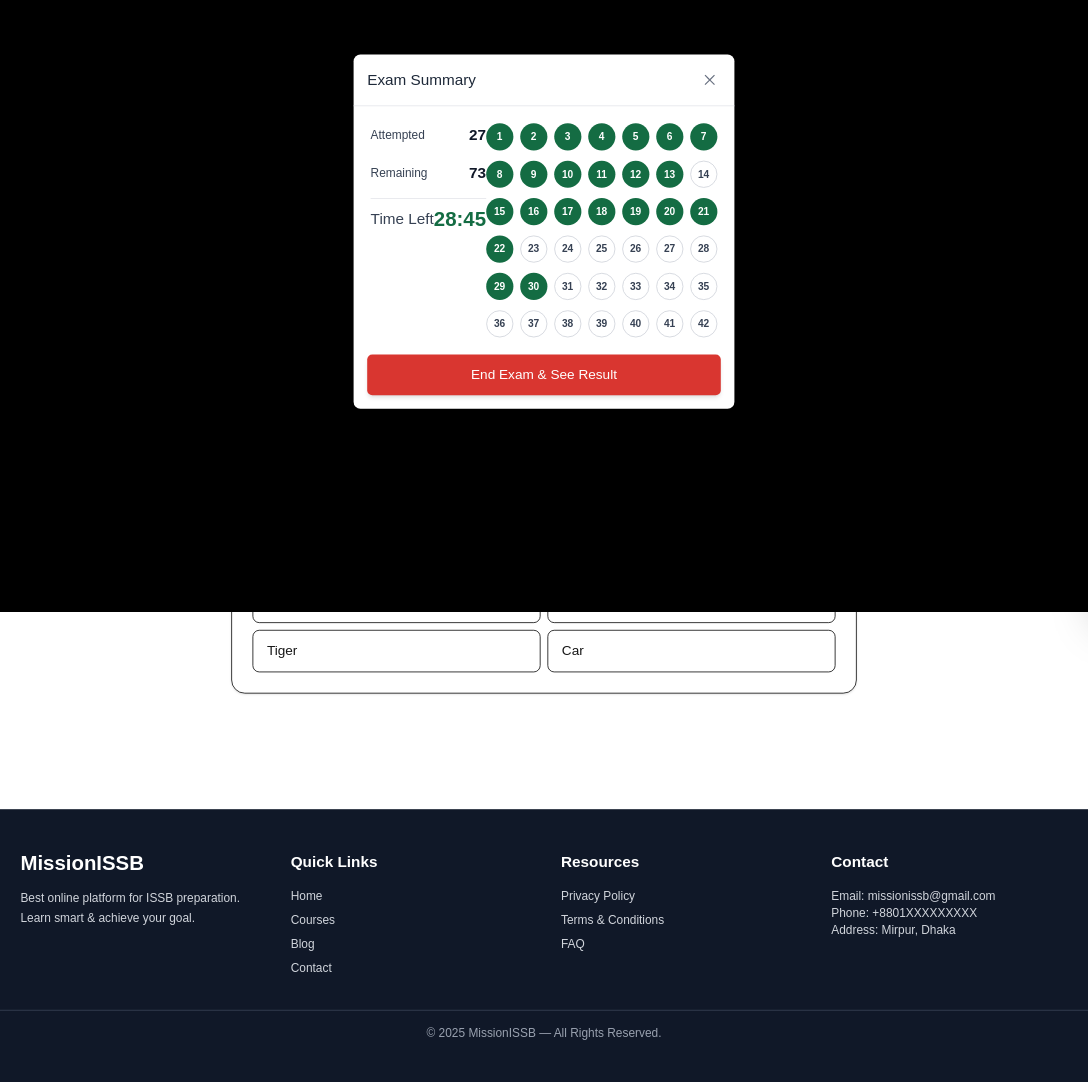
Repository: mdmuhibullahhabib/missionissb
Page: /exam/verbal-model-test-01, after clicking the first element matching `button.bg-green-900`
The author's editor kept a copy of each file at every save. The page is drawn from the files as they stood at one save, then again after a run of saves.
The browser window is 1280 px wide. The pictures show the whole page, at 85% of full size.
The page's requests for data from a server got no answer. The project was rebuilt for these pictures with package versions that can differ from the ones it lists, and the page was loaded fresh each time. The framework's server and built-in components were replaced by stand-ins that run in the browser. No one was signed in, and anything a server would have sent is missing. Also part of the build but not shown: next.config.mjs.

Above is the page before, as saved 2025-12-15 19:29:33.

### app/layout.js
import { Geist, Geist_Mono } from 'next/font/google'
import './globals.css'
import Footer from '@/components/shared/Footer'
import Navbar from '@/components/shared/Navbar'
import NextAuthProvider from './providers/NextAuthProvider'
import LayoutWrapper from '@/components/LayoutWrapper'

const geistSans = Geist({
  variable: '--font-geist-sans',
  subsets: ['latin']
})

const geistMono = Geist_Mono({
  variable: '--font-geist-mono',
  subsets: ['latin']
})

export const metadata = {
  title: 'Mission ISSB',
  description: 'Generated by create next app'
}

export default function RootLayout({ children }) {
  return (
    <html lang='en' suppressHydrationWarning={true}>
      <body
        className={`${geistSans.variable} ${geistMono.variable} antialiased`}
      >
        <NextAuthProvider>

                    <LayoutWrapper>{children}</LayoutWrapper>


          {/* <Navbar />

          {children}

          <Footer /> */}
        </NextAuthProvider>
      </body>
    </html>
  )
}

### app/exam/[id]/page.jsx
"use client";

import { useState, useEffect } from "react";
import { Clock } from "lucide-react";
import McqCard from "./components/McqCard";
import SubmitModal from "./components/SubmitModal";

/* Fake Questions */
const questions = [
  {
    question: "Find the odd one out",
    options: ["VUTS", "NUTS", "PONM", "JIHG", "None of these"],
  },
  {
    question: "Choose the correct series",
    options: ["2, 6, 12", "3, 9, 27", "5, 10, 20", "7, 14, 28"],
  },
  {
    question: "Which word is different?",
    options: ["Dog", "Cat", "Tiger", "Car"],
  },
];

const ExamPage = () => {
  const [answers, setAnswers] = useState({});
  const [showSubmitModal, setShowSubmitModal] = useState(false);
  const [timeLeft, setTimeLeft] = useState(1 * 60); // ✅ 35 min in seconds

  /* ================= TIMER LOGIC ================= */
  useEffect(() => {
    if (timeLeft <= 0) {
      handleSubmit();
      return;
    }

    const timer = setInterval(() => {
      setTimeLeft((prev) => prev - 1);
    }, 1000);

    return () => clearInterval(timer);
  }, [timeLeft]);

  /* ================= HELPER FUNCTIONS ================= */
  const handleSelect = (qIndex, optIdx) => {
    setAnswers({ ...answers, [qIndex]: optIdx });
  };

  const handleSubmit = () => {
    setShowSubmitModal(false);
    alert("Exam Submitted!");
    console.log("Submitted Answers:", answers);
  };

  /* ======== FORMAT TIMER ====== */
  const formatTime = (seconds) => {
    const m = Math.floor(seconds / 60)
      .toString()
      .padStart(2, "0");
    const s = (seconds % 60).toString().padStart(2, "0");
    return `${m}:${s}`;
  };

  return (
    <div className="min-h-screen bg-white pb-28">

      {/* Header */}
      <div className="text-center py-6">
        <h1 className="text-2xl font-bold">Verbal Model Test 01</h1>
        <p className="text-gray-600">
          Total Questions: {questions.length} | Duration: 35 min
        </p>
      </div>

      {/* Questions */}
      <div className="max-w-3xl space-y-4 mx-auto px-4">
        {questions.map((q, index) => (
          <McqCard
            key={index}
            index={index}
            question={q.question}
            options={q.options}
            selectedAnswer={answers[index]}
            onSelect={(optIdx) => handleSelect(index, optIdx)}
          />
        ))}
      </div>

      {/* Footer */}
      <div className="fixed bottom-0 left-0 w-full bg-white border-t px-4 py-3 flex justify-between items-center">
        <div className="flex items-center gap-2 font-medium">
          <Clock size={18} />
          <span>{formatTime(timeLeft)}</span>
        </div>

        <button
          onClick={() => setShowSubmitModal(true)}
          className="bg-green-900 btn text-white px-6 py-2 rounded-full"
        >
          Submit Exam
        </button>
      </div>

      {/* Submit Modal */}
      <SubmitModal
        isOpen={showSubmitModal}
        onClose={() => setShowSubmitModal(false)}
        onSubmit={handleSubmit}
      />
    </div>
  );
};

export default ExamPage;

### components/shared/Footer.jsx
"use client";
import Link from "next/link";

export default function Footer() {
  return (
    <footer className="bg-gray-900 text-gray-300 py-12">
      <div className="max-w-7xl mx-auto grid grid-cols-1 md:grid-cols-4 gap-10 px-6">

        {/* Column 1 */}
        <div>
          <h2 className="text-2xl font-bold text-white">MissionISSB</h2>
          <p className="mt-3 text-sm leading-6">
            Best online platform for ISSB preparation.
            Learn smart & achieve your goal.
          </p>
        </div>

        {/* Column 2 */}
        <div>
          <h3 className="text-lg font-semibold text-white mb-4">Quick Links</h3>
          <ul className="space-y-2 text-sm">
            <li><Link href="/" className="hover:text-white">Home</Link></li>
            <li><Link href="/courses" className="hover:text-white">Courses</Link></li>
            <li><Link href="/blog" className="hover:text-white">Blog</Link></li>
            <li><Link href="/contact" className="hover:text-white">Contact</Link></li>
          </ul>
        </div>

        {/* Column 3 */}
        <div>
          <h3 className="text-lg font-semibold text-white mb-4">Resources</h3>
          <ul className="space-y-2 text-sm">
            <li><Link href="/privacy" className="hover:text-white">Privacy Policy</Link></li>
            <li><Link href="/terms" className="hover:text-white">Terms & Conditions</Link></li>
            <li><Link href="/faq" className="hover:text-white">FAQ</Link></li>
          </ul>
        </div>

        {/* Column 4 */}
        <div>
          <h3 className="text-lg font-semibold text-white mb-4">Contact</h3>
          <p className="text-sm">Email: missionissb@gmail.com</p>
          <p className="text-sm">Phone: +8801XXXXXXXXX</p>
          <p className="text-sm">Address: Mirpur, Dhaka</p>
        </div>
      </div>

      <div className="mt-10 border-t border-gray-700 pt-4 text-center text-gray-400 text-sm">
        © {new Date().getFullYear()} MissionISSB — All Rights Reserved.
      </div>
    </footer>
  );
}

### components/shared/Navbar.jsx
"use client";
import { useState, useEffect } from "react";
import Link from "next/link";
import { FiMenu, FiX } from "react-icons/fi";
import { useSession } from "next-auth/react";
import { useRouter } from "next/navigation";
import DrawerMenu from "../user/UserDrawerMenu";


// Fake user data
const fakeUser = {
    name: "Muhibullah Habib",
    email: "muhib@example.com",
    avatar: "https://i.pravatar.cc/100?img=11",
    role: "admin",
};

export default function Navbar() {
    const [open, setOpen] = useState(false);
    const [scroll, setScroll] = useState(false);
    const router = useRouter();
        const [drawerOpen, setDrawerOpen] = useState(false);
    const [userDrawerOpen, setUserDrawerOpen] = useState(false);
    const { data: session, status } = useSession();
    console.log(session)
    console.log(status)

    // Scroll detection for shadow effect
    useEffect(() => {
        const handleScroll = () => {
            setScroll(window.scrollY > 10);
        };
        window.addEventListener("scroll", handleScroll);
        return () => window.removeEventListener("scroll", handleScroll);
    }, []);

    const navLinks = [
        { name: "হোম", href: "/" },
        { name: "কোর্স", href: "/courses" },
        { name: "যোগাযোগ", href: "/contact" },
    ];

    // User icon click
    const handleUserClick = () => {
        if (status == "authenticated") {
            setUserDrawerOpen(true);
        } else {
            router.push("/auth");
        }
    };

    return (
        <>
            <nav
                className={`w-full fixed top-0 z-50 transition-all ${scroll ? "bg-white shadow-md" : "bg-white"
                    }`}
            >
                <div className="max-w-7xl mx-auto px-5 py-3 flex justify-between items-center">

                    {/* Logo */}
                    <Link href="/" className="text-2xl font-bold text-blue-600">
                        Mission<span className="text-green-600">ISSB</span>
                    </Link>


                    {/* Auth Buttons */}
                    <div className="hidden items-center md:flex gap-4">
                        {/* Desktop Menu */}
                        <div className="hidden md:flex gap-8">
                            {navLinks.map((link) => (
                                <Link
                                    key={link.name}
                                    href={link.href}
                                    className="text-gray-700 font-semibold hover:text-blue-600 transition font-medium"
                                >
                                    {link.name}
                                </Link>
                            ))}
                        </div>

                        {/* User Icon */}
                        <button
                            onClick={handleUserClick}
                            className="p-2 rounded-full hover:bg-gray-100 transition duration-150"
                        >
                            {status == "authenticated" ? (
                                <img
                                    src={fakeUser?.avatar}
                                    alt="user"
                                    className="h-8 w-8 rounded-full border"
                                />
                            ) : (
                                <Link
                                    href="/auth"
                                    className="px-4 py-2 border border-blue-600 text-blue-600 rounded-lg hover:bg-blue-600 hover:text-white transition"
                                >
                                    Login
                                </Link>
                            )}
                        </button>
                    </div>

                    {/* Mobile Toggle */}
                    <button onClick={() => setOpen(!open)} className="md:hidden text-3xl">
                        {open ? <FiX /> : <FiMenu />}
                    </button>
                </div>

                {/* Mobile Menu */}
                <div
                    className={`md:hidden bg-white fixed top-[64px] left-0 w-full h-screen transition-all duration-300 ${open ? "translate-y-0 opacity-100" : "-translate-y-5 opacity-0 pointer-events-none"
                        }`}
                >
                    <div className="flex flex-col gap-6 px-6 py-6 text-lg">
                        {navLinks.map((link) => (
                            <Link
                                key={link.name}
                                href={link.href}
                                onClick={() => setOpen(false)}
                                className="text-gray-700 hover:text-blue-600"
                            >
                                {link.name}
                            </Link>
                        ))}

                        <hr />

                        <Link
                            href="/auth/login"
                            onClick={() => setOpen(false)}
                            className="text-blue-600 font-semibold"
                        >
                            Login
                        </Link>
                    </div>
                </div>
            </nav>

            <DrawerMenu
                isOpen={userDrawerOpen}
                onClose={() => setUserDrawerOpen(false)}
                // user={user}
            />
        </>
    );
}

### app/providers/NextAuthProvider.jsx
"use client"
import { SessionProvider } from 'next-auth/react'
import React from 'react'

const NextAuthProvider = ({ children }) => {
    return <SessionProvider>{children}</SessionProvider>
}

export default NextAuthProvider;

### components/LayoutWrapper.jsx
"use client";

import { usePathname } from "next/navigation";
import Navbar from "./shared/Navbar";
import Footer from "./shared/Footer";

export default function LayoutWrapper({ children }) {
  const pathname = usePathname();
  const isAdmin = pathname.startsWith("/admin");
  const isAuth = pathname.startsWith("/auth");

  return (
    <>
      {!isAdmin && !isAuth && <Navbar />}

      <main>{children}</main>

      {!isAdmin && !isAuth && <Footer />}
    </>
  );
}

### app/exam/[id]/components/McqCard.jsx
"use client";

import { Bookmark } from "lucide-react";

const McqCard = ({
  index,
  question,
  options,
  selectedAnswer,
  onSelect,
}) => {
  return (
    <div className="border rounded-2xl p-6 shadow-sm mb-6">

      {/* Question */}
      <div className="flex justify-between items-start mb-4">
        <h2 className="font-semibold text-lg">
          Q{index + 1}. {question}
        </h2>
        <Bookmark className="text-gray-400 cursor-pointer" />
      </div>

      {/* Options */}
      <div className="space-3 grid md:grid-cols-2 gap-2">
        {options.map((opt, idx) => (
          <button
            key={idx}
            onClick={() => onSelect(idx)}
            className={`w-full text-left px-4 py-3 border rounded-lg transition
              ${
                selectedAnswer === idx
                  ? "bg-green-100 border-green-600"
                  : "hover:bg-gray-50"
              }`}
          >
            {opt}
          </button>
        ))}
      </div>
    </div>
  );
};

export default McqCard;

### app/exam/[id]/components/SubmitModal.jsx
"use client";

import React from "react";
import { AiOutlineClose } from "react-icons/ai";

// --- Constants for stats ---
const ATTEMPTED_COUNT = 27;
const REMAINING_COUNT = 73;
const TIME_LEFT = "28:45";

// --- Mock question grid data (42 questions) ---
const MOCK_QUESTIONS = Array.from({ length: 42 }, (_, i) => {
  const id = i + 1;
  let status = "remaining";

  // Manually mark attempted questions based on visual pattern
  if (
    (id >= 1 && id <= 7) ||
    (id >= 9 && id <= 13) ||
    (id >= 15 && id <= 22) ||
    (id >= 29 && id <= 30) ||
    id === 8
  ) {
    status = "attempted";
  }

  return { id, status };
});

const SubmitModal = ({ isOpen, onClose, onSubmit }) => {
  if (!isOpen) return null;

  // Function to map question status to Tailwind classes
  const getQuestionClass = (status) => {
    switch (status) {
      case "attempted":
        return "bg-[#146C43] text-white"; // Dark green
      case "remaining":
      default:
        return "bg-white text-gray-700 border border-gray-300"; // Light gray
    }
  };

  return (
    <div
      className="fixed inset-0 z-50 flex items-start pt-16 justify-center bg-black bg-opacity-50"
      onClick={onClose}
    >
      <div
        className="bg-white rounded-lg shadow-xl w-full max-w-md mx-4"
        onClick={(e) => e.stopPropagation()}
      >
        {/* Header */}
        <div className="flex justify-between items-center p-4 border-b border-gray-200">
          <h2 className="text-lg font-medium text-gray-800">Exam Summary</h2>
          <button
            onClick={onClose}
            className="text-gray-500 hover:text-gray-700 p-1"
          >
            <AiOutlineClose size={18} />
          </button>
        </div>

        {/* Body */}
        <div className="p-5 flex  ">
          {/* Stats */}
          <div className="mb-6 space-y-4">
            <div className="flex justify-between items-center">
              <span className="text-sm text-gray-700">Attempted</span>
              <span className="font-semibold text-lg text-gray-900">
                {ATTEMPTED_COUNT}
              </span>
            </div>
            <div className="flex justify-between items-center">
              <span className="text-sm text-gray-700">Remaining</span>
              <span className="font-semibold text-lg text-gray-900">
                {REMAINING_COUNT}
              </span>
            </div>
            <div className="flex justify-between items-center pt-2 border-t border-gray-200">
              <span className="text-lg font-medium text-gray-700">Time Left</span>
              <span className="font-bold text-2xl text-[#146C43]">{TIME_LEFT}</span>
            </div>
          </div>

          {/* Question Grid */}
          <div className="grid grid-cols-7 gap-x-2 gap-y-3">
            {MOCK_QUESTIONS.map((q) => (
              <div
                key={q.id}
                className={`flex items-center justify-center w-8 h-8 rounded-full text-xs font-semibold ${getQuestionClass(
                  q.status
                )}`}
              >
                {q.id}
              </div>
            ))}
          </div>
        </div>

        {/* Footer */}
        <div className="p-4 pt-0">
          <button
            onClick={onSubmit}
            className="w-full py-3 bg-[#D93630] hover:bg-red-700 text-white font-medium rounded-md shadow-md transition-colors"
          >
            End Exam & See Result
          </button>
        </div>
      </div>
    </div>
  );
};

export default SubmitModal;

### components/user/UserDrawerMenu.jsx
"use client";

import { FiX, FiUser, FiShoppingBag, FiSettings, FiGrid, FiLogOut } from "react-icons/fi";
import { motion, AnimatePresence } from "framer-motion";
import Image from "next/image";
import { useRouter } from "next/navigation";
import { signOut, useSession } from "next-auth/react";
import Link from "next/link";

export default function DrawerMenu({ isOpen, onClose, user = {} }) {
  const router = useRouter();
  const { data: session, status } = useSession();
  console.log(session)

  const handleNavigate = (path) => {
    onClose();
    router.push(path);
  };

  const handleLogout = async () => {
    // You can replace with your logout logic
    console.log("User logged out");
    onClose();
    await signOut();
  };

  const isAdmin = user?.role === "admin";

  return (
    <>
      {/* Overlay */}
      <AnimatePresence>
        {isOpen && (
          <motion.div
            initial={{ opacity: 0 }}
            animate={{ opacity: 1 }}
            exit={{ opacity: 0 }}
            onClick={onClose}
            className="fixed inset-0 bg-black/30 backdrop-blur-sm z-40 cursor-pointer"
          />
        )}
      </AnimatePresence>

      {/* Drawer */}
      <motion.div
        initial={{ x: "100%" }}
        animate={{ x: isOpen ? 0 : "100%" }}
        exit={{ x: "100%" }}
        transition={{ type: "spring", stiffness: 100, damping: 20 }}
        className="fixed top-0 right-0 h-full w-80 sm:w-96 bg-white shadow-2xl z-50 flex flex-col"
      >
        {/* Header */}
        <div className="flex justify-between items-center p-4 border-b">
          <div className="flex items-center gap-3">
            <Image
              src={user?.photo || "https://i.ibb.co/5j9n3yH/default-avatar.png"}
              width={40}
              height={40}
              alt="User avatar"
              className="rounded-full object-cover"
            />
            <div>
              <p className="font-semibold text-gray-800">
                {user?.name || "Guest User"}
              </p>
              <p className="text-xs text-gray-500">
                {isAdmin ? "Administrator" : "Regular User"}
              </p>
            </div>
          </div>
          <button onClick={onClose} className="text-gray-600 hover:text-red-500">
            <FiX className="h-6 w-6" />
          </button>
        </div>

        {/* Menu Items */}
        <div className="flex-1 overflow-y-auto p-5 space-y-4 text-gray-700">
          <button
            onClick={() => handleNavigate("/profile")}
            className="flex items-center gap-3 w-full p-3 rounded-xl hover:bg-gray-100 transition"
          >
            <FiUser className="text-red-500" />
            <span>My Profile</span>
          </button>

          <Link
            href={"/mycourse"}
            // onClick={() => handleNavigate("/mycourse")}
            className="flex items-center gap-3 w-full p-3 rounded-xl hover:bg-gray-100 transition"
          >
            <FiShoppingBag className="text-red-500" />
            <span>My Courses</span>
          </Link>

          <Link
            href={"/admin/dashboard"}
            // onClick={() => handleNavigate("/mycourse")}
            className="flex items-center gap-3 w-full p-3 rounded-xl hover:bg-gray-100 transition"
          >
            <FiShoppingBag className="text-red-500" />
            <span>Admin Dashboard</span>
          </Link>

          {isAdmin && (
            <button
              onClick={() => handleNavigate("/admin/dashboard")}
              className="flex items-center gap-3 w-full p-3 rounded-xl hover:bg-gray-100 transition"
            >
              <FiGrid className="text-red-500" />
              <span>Admin Dashboard</span>
            </button>
          )}
        </div>

        {/* Footer */}
        <div className="border-t p-4">
          <button
            onClick={handleLogout}
            className="flex items-center justify-center gap-2 w-full py-2 bg-red-600 text-white font-medium rounded-xl hover:bg-red-700 transition"
          >
            <FiLogOut />
            Logout
          </button>
        </div>
      </motion.div>
    </>
  );
}

Loaded but not shown: app/globals.css (common file)

After the next 3 saves:
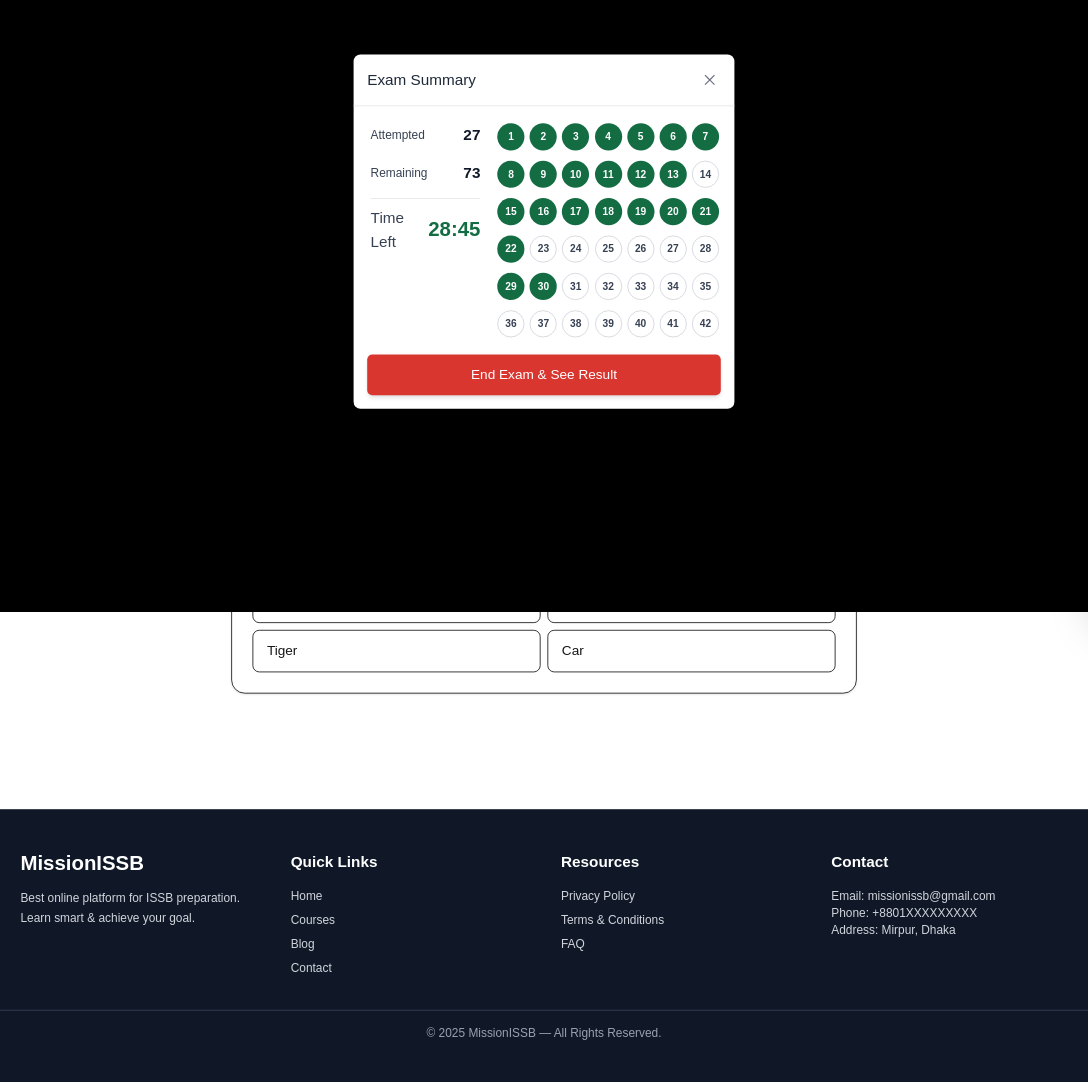
The 3 saves are shown as one change because they came seconds apart.
The last was saved 8 s later.
--- a/app/exam/[id]/components/SubmitModal.jsx
+++ b/app/exam/[id]/components/SubmitModal.jsx
@@ -62,7 +62,7 @@ const SubmitModal = ({ isOpen, onClose, onSubmit }) => {
         </div>
 
         {/* Body */}
-        <div className="p-5 flex  ">
+        <div className="p-5 flex space-x-5">
           {/* Stats */}
           <div className="mb-6 space-y-4">
             <div className="flex justify-between items-center">
